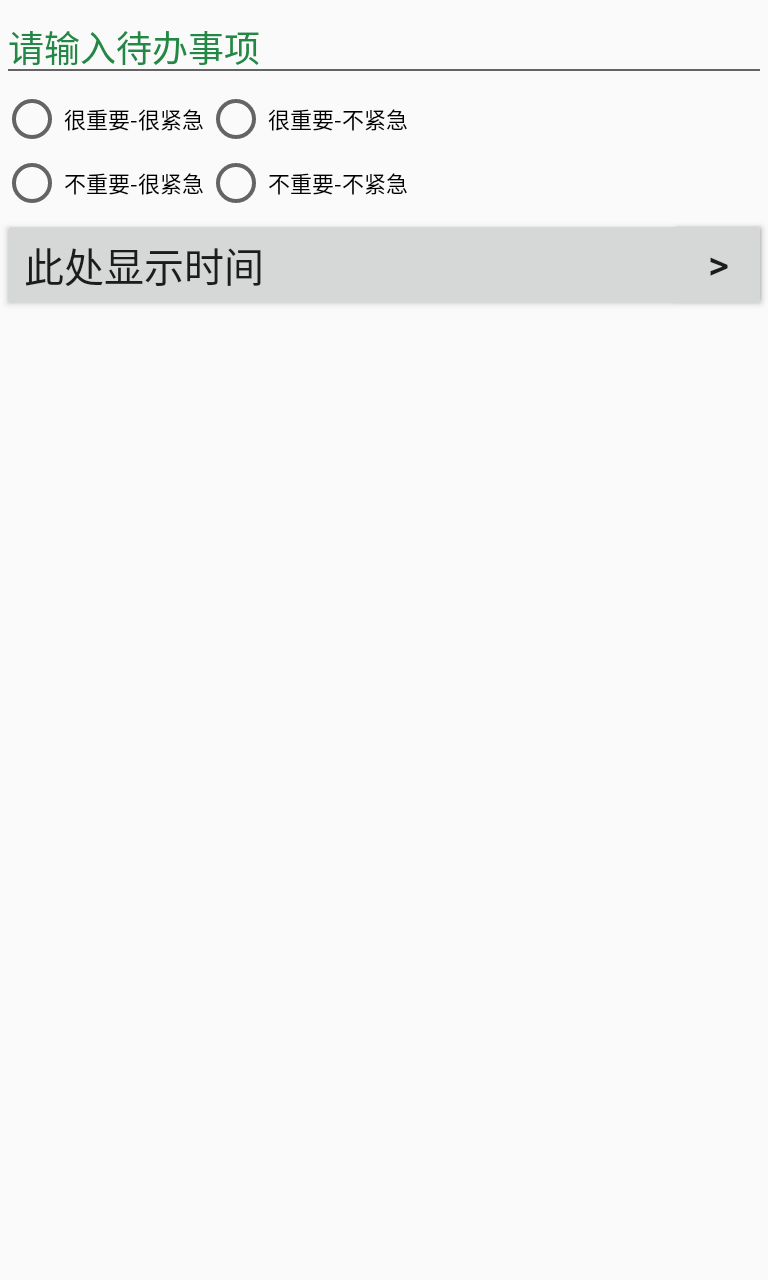
Repository: sh-zh-en/NBTodo
Layout: nbtodo/NBTodo/res/layout/addition_task_layout.xml
An editor plug-in stored every save of this project. The layout is shown before and after the next save, followed by the edit.
It is drawn on a 768 x 1280 px phone screen (xhdpi) without system bars, with theme AppTheme; the app's code is not run.

Above is the layout before, as saved 2015-03-03 02:03:40.

After the next save:
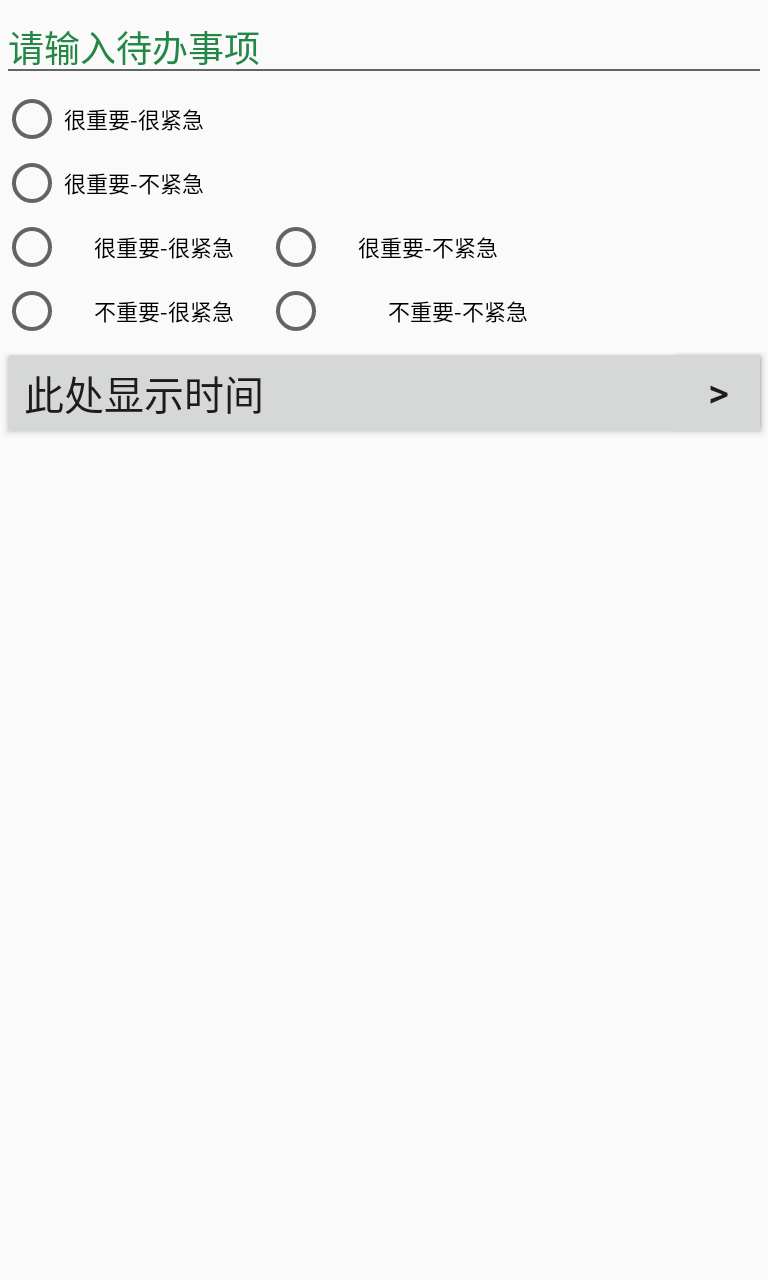
Saved 25 min 1 s later.
--- a/nbtodo/NBTodo/res/layout/addition_task_layout.xml
+++ b/nbtodo/NBTodo/res/layout/addition_task_layout.xml
@@ -17,10 +17,30 @@
 
     <RadioGroup
         android:id="@+id/radiogroup1"
-        android:layout_width="wrap_content"
+        android:layout_width="264dp"
         android:layout_height="wrap_content"
-        android:orientation="vertical"
-          >
+        android:orientation="vertical" >
+
+          	 <RadioButton
+	            android:id="@+id/radiobutton11"
+	            android:layout_width="wrap_content"
+	            android:layout_height="wrap_content"
+	            android:layout_weight="1"
+	            android:gravity="center"
+	            android:text="@string/addition_task_layout_radiobutton01"
+	            android:textSize="11.0sp"
+	            />
+
+	        <RadioButton
+	            android:id="@+id/radiobutton21"
+	            android:layout_width="wrap_content"
+	            android:layout_height="wrap_content"
+	            android:layout_weight="1"
+	            android:gravity="center"
+	            android:text="@string/addition_task_layout_radiobutton02"
+	            android:textColor="@android:color/black"
+	            android:textSize="11.0sp"
+	            />
 		<LinearLayout
 			android:layout_width="match_parent"
 			android:layout_height="match_parent"
